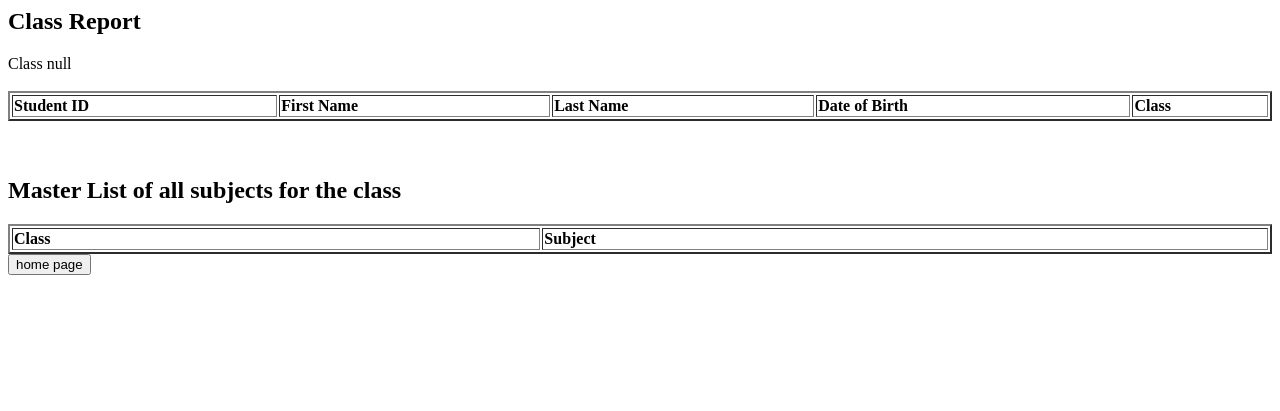
Repository: anithagnana123/Simplilearn_Phase2_project
Page: http://localhost/phase2-project/thereport.jsp
These files come from the project's save history. The page is drawn as it stood at one moment and after the next save; the edit follows.
The browser window is 1280 px wide. The pictures show the whole page.
The page is served by Tomcat 9. Other server files are loaded and not shown. Queries for data that is not in the repository find no rows.

Above is the page before, as saved 2022-10-26 11:44:08.

### phase2-project/src/main/webapp/thereport.jsp
<%@ page errorPage = "error.jsp" %>
<%@ taglib prefix="c" uri="http://java.sun.com/jsp/jstl/core"%>
<%@ taglib prefix="sql" uri="http://java.sun.com/jsp/jstl/sql"%>
<html>
<head>
    <title>thereport-list</title>
</head>
<body>
    <sql:setDataSource
    var="database"
    driver="com.mysql.cj.jdbc.Driver"
     url="jdbc:mysql://localhost:3306/learners_academy?allowPublicKeyRetrieval=true&useSSL=false"
     user="root"
     password="123456"
     />


<h2>Class Report</h2>

<% String hidden = request.getParameter("class_sec"); %>
Class <%=hidden %>
<br> <br>
   <sql:query var="rs" dataSource="${database}">
         SELECT * FROM student_info where class_sec = "<%=hidden %>";
    </sql:query>

   <table border="2" width="100%">
    <tr>
        <td><b>Student ID</b></td>
        <td><b>First Name</b></td>
        <td><b>Last Name</b></td>
        <td><b>Date of Birth</b></td>
        <td><b>Class</b></td>
    </tr>

    <c:forEach var="student_info" items="${rs.rows}">
        <tr>
            <td> <c:out value="${student_info.student_id}"/> </td>
            <td> <c:out value="${student_info.firstName}"/> </td>
            <td> <c:out value="${student_info.lastName}"/> </td>
            <td> <c:out value="${student_info.dateOfBirth}"/> </td>
            <td> <c:out value="${student_info.class_sec}"/> </td>
        </tr>
    </c:forEach>
</table>

<br> <br>

<h2>Master List of all subjects for the class</h2>
<sql:query var="rs" dataSource="${database}">
    SELECT * FROM class_subject where class_sec = "<%=hidden %>";
</sql:query>
<table border="2" width="100%">
    <tr>
        <td><b>Class</b></td>
        <td><b>Subject</b></td>
    </tr>

    <c:forEach var="class_subject" items="${rs.rows}">
        <tr>
            <td> <c:out value="${class_subject.class_sec}"/> </td>
            <td> <c:out value="${class_subject.subject}"/> </td>
        </tr>
    </c:forEach>
</table>


<form action="welcome" method="get">
	<input type="submit" value="home page"/>
</form>

</body>
</html>

After the next save:
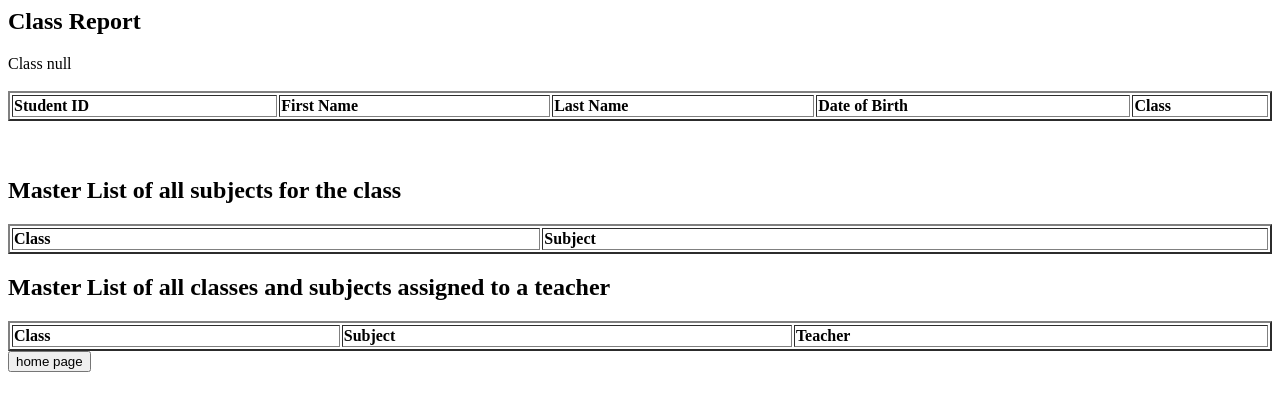
Saved 52 s later.
--- a/phase2-project/src/main/webapp/thereport.jsp
+++ b/phase2-project/src/main/webapp/thereport.jsp
@@ -64,7 +64,25 @@ Class <%=hidden %>
     </c:forEach>
 </table>
 
+<h2>Master List of all classes and subjects assigned to a teacher</h2>
+<sql:query var="rs" dataSource="${database}">
+    SELECT * FROM class_sub_teach order by class_sec asc;
+</sql:query>
+<table border="2" width="100%">
+    <tr>
+        <td><b>Class</b></td>
+        <td><b>Subject</b></td>
+         <td><b>Teacher</b></td>
+    </tr>
 
+    <c:forEach var="class_sub_teach" items="${rs.rows}">
+        <tr>
+            <td> <c:out value="${class_sub_teach.class_sec}"/> </td>
+            <td> <c:out value="${class_sub_teach.subject}"/> </td>
+            <td> <c:out value="${class_sub_teach.teacher_id}"/> </td>
+        </tr>
+    </c:forEach>
+</table>
 <form action="welcome" method="get">
 	<input type="submit" value="home page"/>
 </form>
